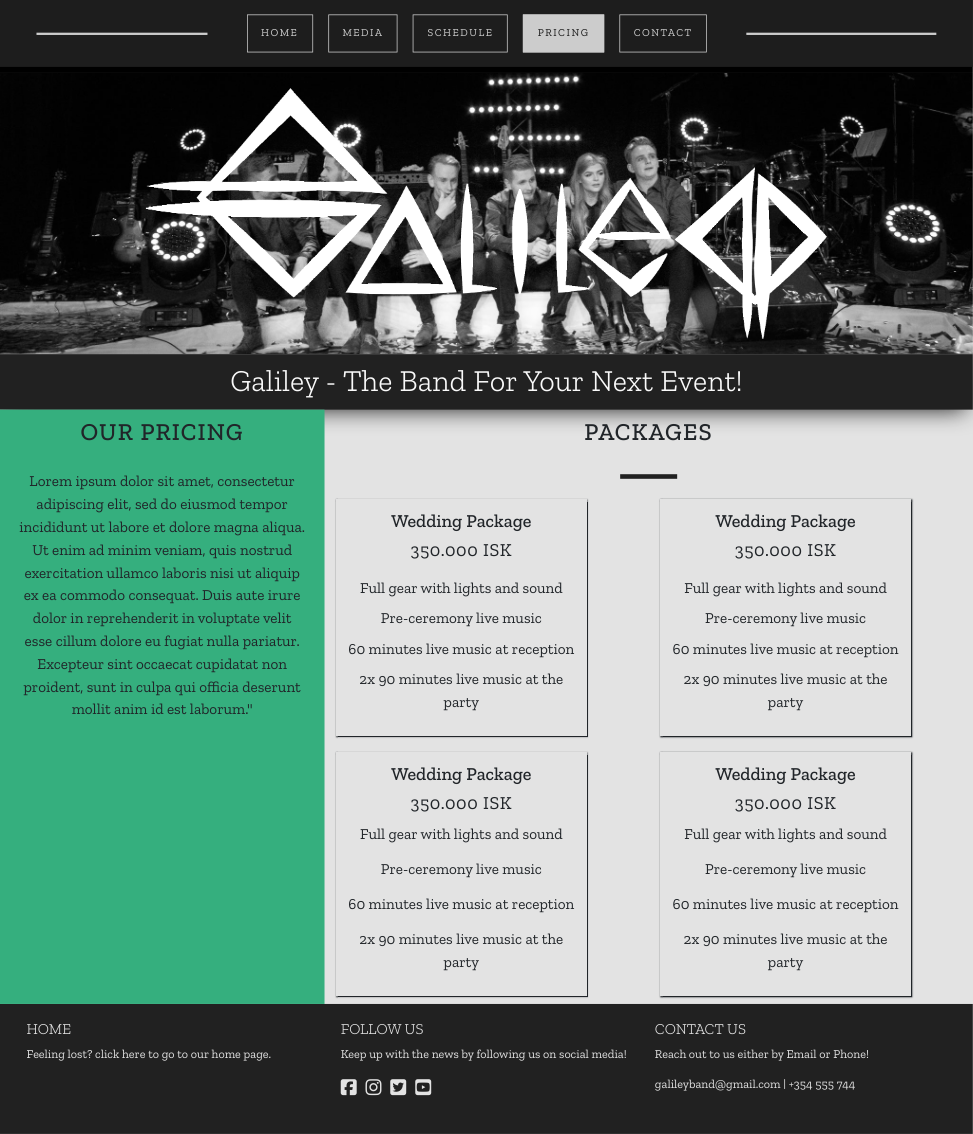
Repository: HeimirDavid/Galiley-Website
Page: pricing.html
The author's editor kept a record of every edit. The page is drawn from the files as they stood at one moment, then again after the next edit.
The browser window is 1280 px wide. The pictures show the whole page, at 76% of full size.
Some web libraries are served in a nearby version.

Above is the page before.

### pricing.html
<!DOCTYPE html>
<html lang="en">

<head>
    <meta charset="UTF-8">
    <meta name="viewport" content="width=device-width, initial-scale=1.0">
    <meta http-equiv="X-UA-Compatible" content="ie=edge">

    <link rel="stylesheet" href="https://stackpath.bootstrapcdn.com/bootstrap/4.3.1/css/bootstrap.min.css" integrity="sha384-ggOyR0iXCbMQv3Xipma34MD+dH/1fQ784/j6cY/iJTQUOhcWr7x9JvoRxT2MZw1T" crossorigin="anonymous">
    <link rel="stylesheet" href="https://cdnjs.cloudflare.com/ajax/libs/hover.css/2.3.1/css/hover-min.css" type="text/css" />
    <link rel="stylesheet" href="assets/css/style.css" type="text/css" />

    <script src="https://code.jquery.com/jquery-3.3.1.slim.min.js" integrity="sha384-q8i/X+965DzO0rT7abK41JStQIAqVgRVzpbzo5smXKp4YfRvH+8abtTE1Pi6jizo" crossorigin="anonymous"></script>
    <script src="https://cdnjs.cloudflare.com/ajax/libs/popper.js/1.14.7/umd/popper.min.js" integrity="sha384-UO2eT0CpHqdSJQ6hJty5KVphtPhzWj9WO1clHTMGa3JDZwrnQq4sF86dIHNDz0W1" crossorigin="anonymous"></script>
    <script src="https://stackpath.bootstrapcdn.com/bootstrap/4.3.1/js/bootstrap.min.js" integrity="sha384-JjSmVgyd0p3pXB1rRibZUAYoIIy6OrQ6VrjIEaFf/nJGzIxFDsf4x0xIM+B07jRM" crossorigin="anonymous"></script>
    <script src="https://kit.fontawesome.com/2ea8c5e5d2.js" crossorigin="anonymous"></script>

    <title>Galiley</title>
</head>

<body>
    <header>
        <!------ Header Navigation Menu, Mainly written with bootstrap  ------>
        <div class="row no-gutters">
            <div class="col black-container">
                <nav class="navbar fixed-top navbar-expand-md navbar-dark bg-dark" id="navbar-black-color"> <!-- Navbar position with help of this  -->
                    <a class="navbar-brand" href="index.html">Galiley - Home</a>                            <!-- tutorial: https://www.youtube.com/watch?v=NzjU1GmKosQ&t=90s  -->
                    <button class="navbar-toggler" type="button" data-toggle="collapse" data-target="#navbarSupportedContent" aria-controls="navbarSupportedContent" aria-expanded="false" aria-label="Toggle navigation">
                    <span class="navbar-toggler-icon"></span></button>
                    <div class="collapse navbar-collapse" id="navbarSupportedContent">
                        <ul class="navbar-nav m-auto">
                            <li class="nav-item menuitem">
                                <a class="nav-link" href="index.html"><span>Home</span></a>
                            </li>
                            <li class="nav-item menuitem">
                                <a class="nav-link" href="media.html"><span>Media</span></a>
                            </li>
                            <li class="nav-item menuitem">
                                <a class="nav-link" href="schedule.html"><span>Schedule</span></a>
                            </li>
                            <li class="nav-item menuitem active-item">
                                <a class="nav-link" href="pricing.html"><span>Pricing</span></a>
                            </li>
                            <li class="nav-item menuitem">
                                <a class="nav-link" href="contact.html"><span>Contact</span></a>
                            </li>
                        </ul>
                    </div>
                </nav>
            </div>
        </div>

        <!------ Header Logo Image ------>
        <div class="logo-container">
            <div class="row no-gutters">
                <div class="col header-background-img">
                    <a href="#">
                    <img class="logo-white" src="assets/images/galiley_vit.png">
                </a>
                </div>
            </div>
        </div>

        <!------ Header Text  ------>
        <div class="row no-gutters">
            <div class="col h1-heading">
                <h1>Galiley - The Band For Your Next Event!</h1>
            </div>
        </div>
    </header>

    <section class="container-fluid">
        <div class="row no-gutters">
            <div class="col-md-4">
                <div class="col-12 green-color text-center pricing-col">
                    <h2 class="header-h2 uppercase">Our Pricing</h2>
                    <p class="p-text">Lorem ipsum dolor sit amet, consectetur adipiscing elit, sed do eiusmod tempor incididunt
                    ut labore et dolore magna aliqua. Ut enim ad minim veniam, quis nostrud exercitation ullamco
                    laboris nisi ut aliquip ex ea commodo consequat. Duis aute irure dolor in reprehenderit in
                    voluptate velit esse cillum dolore eu fugiat nulla pariatur. Excepteur sint occaecat cupidatat
                    non proident, sunt in culpa qui officia deserunt mollit anim id est laborum."</p>
                </div>
            </div>
            <div class="col-md-8">
                <div class="row">
                    <div class="col text-center">
                        <h2 class="header-h2 uppercase">Packages</h2>
                        <hr class="block-devider">
                    </div>
                </div>
                <div class="row">
                    <div class="col-10 offset-1 offset-sm-0 col-sm-4 col-md-6">
                        <div class="col-10 text-center p-text package-cards">
                            <h4 class="header-h4">Wedding Package</h4>
                            <h5 class="header-h5">350.000 ISK</h5>
                            <ul>
                                <li>Full gear with lights and sound</li>
                                <li>Pre-ceremony live music</li>
                                <li>60 minutes live music at reception</li>
                                <li>2x 90 minutes live music at the party</li>
                            </ul>
                        </div>
                    </div>
                    <div class="col-10 offset-1 offset-sm-0 col-sm-4 col-md-6">
                        <div class="col-10 text-center p-text package-cards">
                            <h4 class="header-h4">Wedding Package</h4>
                            <h5 class="header-h5">350.000 ISK</h5>
                            <ul>
                                <li>Full gear with lights and sound</li>
                                <li>Pre-ceremony live music</li>
                                <li>60 minutes live music at reception</li>
                                <li>2x 90 minutes live music at the party</li>
                            </ul>
                        </div>
                    </div>
                    <div class="col-10 offset-1 offset-sm-0 col-sm-4 col-md-6">
                        <div class="col-10 text-center p-text package-cards">
                            <h4 class="header-h4">Wedding Package</h4>
                            <h5 class="header-h5">350.000 ISK</h5>
                            <p>Full gear with lights and sound</p>
                            <p>Pre-ceremony live music</p>
                            <p>60 minutes live music at reception</p>
                            <p>2x 90 minutes live music at the party</p>
                        </div>
                    </div>
                    <div class="col-10 offset-1 offset-sm-0 col-sm-4 col-md-6">
                        <div class="col-10 text-center p-text package-cards">
                            <h4 class="header-h4">Wedding Package</h4>
                            <h5 class="header-h5">350.000 ISK</h5>
                            <p>Full gear with lights and sound</p>
                            <p>Pre-ceremony live music</p>
                            <p>60 minutes live music at reception</p>
                            <p>2x 90 minutes live music at the party</p>
                        </div>
                    </div>
                </div>
            </div>
        </div>
    </section>

    <footer>        <!------ Footer section, Mainly structured and written with the help from CI tutorials from the Resume-Project.
                             Since i liked the design and strucure and felt that it fits well within this project. ------>
        <div class="container-fluid">
            <div class="row" id="footer-details">
                <div class="col-sm-4">
                    <h5 class="uppercase footer-heading">
                        <a href="index.html" class="footer-links">Home</a>
                    </h5>
                    <p class="inline-block">Feeling lost? click here to go to our home page.</p>
                </div>

                <div class="col-sm-4">
                    <h5 class="uppercase footer-heading">Follow Us</h5>
                    <p class="inline-block">Keep up with the news by following us on social media!</p>
                    <ul class="list-inline social-media-links">
                        <li class="list-inline-item">
                            <a class="footer-links" target="_blank" href="https://www.facebook.com/GalileyBand/">
                                <i class="fab fa-facebook-square"></i>
                                <span class="sr-only">Facebook</span>
                            </a>
                        </li>
                        <li class="list-inline-item">
                            <a class="footer-links" target="_blank" href="#">
                                <i class="fab fa-instagram"></i>
                                <span class="sr-only">Instagram</span>
                            </a>
                        </li>
                        <li class="list-inline-item">
                            <a class="footer-links" target="_blank" href="#">
                                <i class="fab fa-twitter-square"></i>
                                <span class="sr-only">Twitter</span>
                            </a>
                        </li>
                        <li class="list-inline-item">
                            <a class="footer-links" target="_blank" href="#">
                                <i class="fab fa-youtube-square"></i>
                                <span class="sr-only">Youtube</span>
                            </a>
                        </li>
                    </ul>
                </div>

                <div class="col-sm-4">
                    <h5 class="uppercase footer-heading">Contact Us</h5>
                    <p class="inline-block">Reach out to us either by Email or Phone!</p>
                    <p>galileyband@gmail.com | +354 555 744</p>
                </div>
            </div>
        </div>
    </footer>
</body>

</html>

### assets/css/style.css
@import url('https://fonts.googleapis.com/css?family=Zilla+Slab:300,400,500,600,700&display=swap');

html {
    scroll-behavior: smooth;
}

body {
    font-family: 'Zilla Slab', serif;
    background-color: #e3e3e3;
    overflow-x: hidden;
}

/*--------------------------------- Colour */

.green-color {
    background-color: #35af7e;
}

.wine-red-color {
    color: #b11226;
}

.grey-color {
    background-color: #c5c5c5;
}

.grey-blue {
    background-color: #76809a;
}
/*------------------------------- Special padding/margins/text */

h1, h2, h3, h4, h5 {
    margin: 0;
}

.uppercase {
    text-transform: uppercase;
}

.inline-block {
    display: inline-block;
}

.block-devider {
    width: 75px;
    height: 5px;
    background-color: #212121;
}

.block-devider-white {
    width: 75px;
    height: 5px;
    background-color: #e3e3e3;
}

.text-center {
    text-align: center;
}

.item-center {
    item-align: center;
}

.gotop-col {
    padding: 20px;
}

.gotopbtn {
    text-align: center;
    text-decoration: none;
    color: #212121;
    font-size: 1.5em;
    margin: 20px 20px;
    transition: ease-in-out 0.3s;
    -moz-transition: ease-in-out 0.3s;
    -webkit-transition: ease-in-out 0.3s;
    -o-transition: ease-in-out 0.3s;
}

.gotopbtn:hover {
    color: #a5a5a5;
    text-decoration: none;
}

.container-fluid {
    padding: 0;
}

.row {
    margin-right: 0;
    margin-left: 0;
}

/*--------------------------------- Headings text styles */

.header-h2 {
    font-weight: 500;
    padding: 10px 10px 20px 10px;
    letter-spacing: 1.5px;
}

.header-h3

.header-h4 {
    font-weight: 400;
    letter-spacing: 0.8px;
    font-size: 28px;
    padding: 10px;
}

.header-h5 {
    font-weight: 400;
    font-size: 24px;
    letter-spacing: 0.8px;
    padding: 10px;
}

/*--------------------------------- Navbar/Menu */

.navbar {
    opacity: 0.9;
    text-align: center;
    padding-bottom: 1.2em;
}

.menuitem {
    height: 50px;
    text-align: center;
    padding-left: 10px;
    padding-right: 10px;
    margin: 0px 10px 0px 10px;
    border: 1px solid #e3e3e3;
    transition: ease-in-out 0.3s;
    -moz-transition: ease-in-out 0.3s;
    -webkit-transition: ease-in-out 0.3s;
    -o-transition: ease-in-out 0.3s;
}

.menuitem a {
    width: 100%;
    text-decoration: none;
    color: #e3e3e3;
}

.menuitem a i {
    padding-top: 22px;
    display: block;
    color: #e3e3e3;
    font-size: 26px;
}

.menuitem span {
    display: block;
    width: 100%;
    padding-top: 5px;
    text-align: center;
    text-transform: uppercase;
    font-size: 14px;
    font-weight: 400;
    letter-spacing: 2px;
    transition: ease-in-out 0.3s;
    -moz-transition: ease-in-out 0.3s;
    -webkit-transition: ease-in-out 0.3s;
    -o-transition: ease-in-out 0.3s;
    color: #e3e3e3;

}

.menuitem:hover {
    background-color: #e3e3e3;
}

.menuitem:hover.menuitem span {
    color: #212121;
}

.navbar::before,     /* Before and After used from inspiration of this tutorial: https://www.youtube.com/watch?v=zGiirUiWslI   */
.navbar::after {
    content: "";
    margin-left: 2em;
    margin-right: 2em;
    width: 18%;
    height: 0.2em;
    background-color: #e3e3e3;
}

.navbar-nav .active-item span {
    color: #212121;
}

.navbar-nav .active-item {
    background-color: #e3e3e3;
}

.navbar::after {
    width: 20%;
}

.fixed-top {
    padding-top: 1.2em;
}

.navbar-brand {
    display: none;
}

#navbar-black-color {
    background-color: #212121!important;
}




/*--------------------------------- Header */

.black-container {
    position: relative;
    top: 0;
    left: 0;
    width: 100%;
    height:6em;
    background-color: #000;
}

.h1-heading {
    color: #fafafa;
    padding: 10px 0px 15px 0px;
    text-align: center;
    background-color: #212121;
    box-shadow: 0px 10px 30px -10px #212121;
}

.h1-heading h1 {
    font-weight: 300;
}

.header-background-img {
    display: block;
    background-image: url("../images/galiley_diddi.jpg");
    padding: 20px;
    background-size: cover;
}

/*
.logo-container {
    margin-top: 7%;
}
*/

.logo-white {
    opacity: 1.9;
    display: block;
    margin-left: auto;
    margin-right: auto;
    width: 70%;
}

/*--------------------------------- Footer */

footer {
    background-color: #212121;
    color: #e3e3e3;
    min-height: 100px;
    margin: 0;
}

.footer-heading {
    font-weight: 300;
    text-decoration: none;
    margin-bottom: 10px;
}

.footer-heading a {
    transition: ease-in-out 0.3s;
    -moz-transition: ease-in-out 0.3s;
    -webkit-transition: ease-in-out 0.3s;
    -o-transition: ease-in-out 0.3s;
}

.footer-heading a:hover {
    color: #a5a5a5;
    text-decoration: none;
}

.footer-links {
    color: #e3e3e3;
}

.social-media-links {
    padding-bottom: 10px;
}

.social-media-links li a i {
    font-size: x-large;
    padding: 10px 0px;
    line-height: 10px;
    transition: ease-in-out 0.3s;
    -moz-transition: ease-in-out 0.3s;
    -webkit-transition: ease-in-out 0.3s;
    -o-transition: ease-in-out 0.3s;
}

.social-media-links li a i:hover {
    color: #35af7e;
}

#footer-details {
    padding: 20px;
}

/*--------------------------------- About - Section / What we offer - Section */

.about-offer-row {
    padding: 20px 0px;
}

.p-text {
    font-size: 20px;
    padding: 10px 10px 20px 10px;
}

.about-row {
    padding: 60px 10px 20px 10px;
}

.offer-card {
    background-color: #212121;
    color: #e3e3e3;
    padding: 20px;
    margin-bottom: 45px;
    box-shadow: 3px 3px 15px 0px #000;
    opacity: 0.9;
}

/*--------------------------------- Reviews - section */

.review-header {
    background-color: #212121;
    color: #fafafa;
    padding: 10px 0px 15px 0px;
    text-align: center;
    box-shadow: 0px 1px 10px 1px #212121;
}

.review-header h2 {
    font-weight: 300;
}

.review-cards {
    background-color: #212121;
    color: #e3e3e3;
    opacity: 0.9;
    max-width: 250px;
    padding: 20px;
    margin: 30px;
    margin-right: auto;
    margin-left: auto;
    text-align: center;
    border-radius: 10px;
    box-shadow: 5px 5px 15px 0px #212121;
}

.cards-header {
    font-weight: 300;
    letter-spacing: 0.8px;
    margin-bottom: 15px;
}

.review-p {
    font-size: 18px;
    font-weight: 200;
    letter-spacing: 0.8px;
}

/*--------------------------------- Setlist Section / Video Section */

.spotify-header-row {
    background-color: #35af7e;
}

.media-header {
    padding: 20px;
    font-weight: 300;
    font-size: 38px;
}

.spotify-row {
    margin-bottom: 40px;
}

.setlist-header-col {
    color: #000;
    padding: 30px;
}

.media-h4 {
    font-weight: 300;
    font-size: 30px;
    padding: 10px;
}

.media-p {
    font-size: 22px;
    font-weight: 300;
}

.spotify-col {
    color: #e3e3e3;
    background-color: rgba(0, 0, 0, 0.5);
    margin: auto;
    margin-top: 20px;
    padding: 20px 10px 0px 10px;
    max-width: 300px;
    border-radius: 12px;
    border-radius: 10px;
    box-shadow: 5px 5px 15px 0px #212121;
}

.spotify-col::before {
    content: "";
    top: 0;
    left: 0;
    background-color: #212121;
    height: 100px;
    width: 1em;
}

.spotify-player {
    opacity: .96;
}

.video-header-col {
    background-color: #212121;
    color: #e3e3e3;
    padding: 20px 0px;
    box-shadow: 0px 10px 30px -10px #212121;
}

.youtube-col {
    padding: 10px;
}

.youtube-container {  /*   Code copied to make youtube player responsive. Source: https://avexdesigns.com/responsive-youtube-embed/    */
position: relative;
padding-bottom: 56.25%;
padding-top: 30px; height: 0; overflow: hidden;
}

.youtube-container iframe,
.youtube-container object,
.youtube-container embed {
position: absolute;
top: 0;
left: 0;
width: 100%;
height: 100%;
}

/*--------------------------------- Pricing */

.pricing-col {
    height: 100%;
}

.package-cards {
    box-shadow: 1px 1px 2px 1px;
    padding: 15px;
    margin-top: 10px;
    margin-bottom: 10px;
}

.package-cards ul {
    list-style: none;
    padding:0;
}

.package-cards ul li {
        margin: 10px 0px;
}
/*--------------------------------- Media Queries */

@media (max-width: 767px) {
    .navbar::before,
    .navbar::after {
        display: none;
    }

    .navbar-brand {
        display: block;
    }

    .fixed-top {
        padding: 1em;
    }

    .reviews-container {
        background-color: #e3e3e3;
    }

    .reviews-container {
        background: #e3e3e3;
    }
}

@media (min-width: 767px) {

    /* Images use and fixed image website layout inspiried by this tutorial: https://www.youtube.com/watch?v=PWoOpJtkyjI */
    #about-image { /* Image from unsplash taken by Luca Baggio */
        background-image: url("../images/about-background.jpg");
        background-attachment: fixed;
        background-size: cover;
        height: 120vh;
        width: 100%;
    }

    #spotify-background-img {
        background-image: url("../images/spotify-background-img.jpg");
        background-attachment: fixed;
        background-size: cover;
        height: 120vh;
        width: 100%;
    }

    #offer-image {
        background-image: url("../images/galiley-offer.jpg");
        background-attachment: scroll;
        background-size: cover;
        height: 100%;
        width: 100%;
        box-shadow: 0px -3px 7px 0px;
    }

    .green-black-img {
        background-image: url("../images/setlist-background.png");
        background-attachment: fixed;
        background-size: cover;
        box-shadow: 0px -3px 7px 0px;
    }

    .about-offer-row {
    padding: 60px 10px 20px 10px;
    }

    .youtube-row {
        padding-top: 50px;
    }

    .youtube-col {
        padding: 10px 100px;
    }
}

@media (min-width: 767px) and (max-width: 1000px) {
    #about-image {
        background-image: url("../images/about-background.jpg");
        background-attachment: fixed;
        background-size: cover;
        height: 200vh;
        width: 100%;
    }

        #spotify-background-img {
        background-image: url("../images/spotify-background-img.jpg");
        background-attachment: fixed;
        background-size: cover;
        height: 250vh;
        width: 100%;
    }
}

@media (max-width: 576px) {
    /* To get rid of padding and margin to link up "Offer section" and "reviews section" in mobile view */
    .about-offer-row {
    padding-top: 20px;
    }

    .offer-card {
        margin: 0;
    }
}

After the next edit:
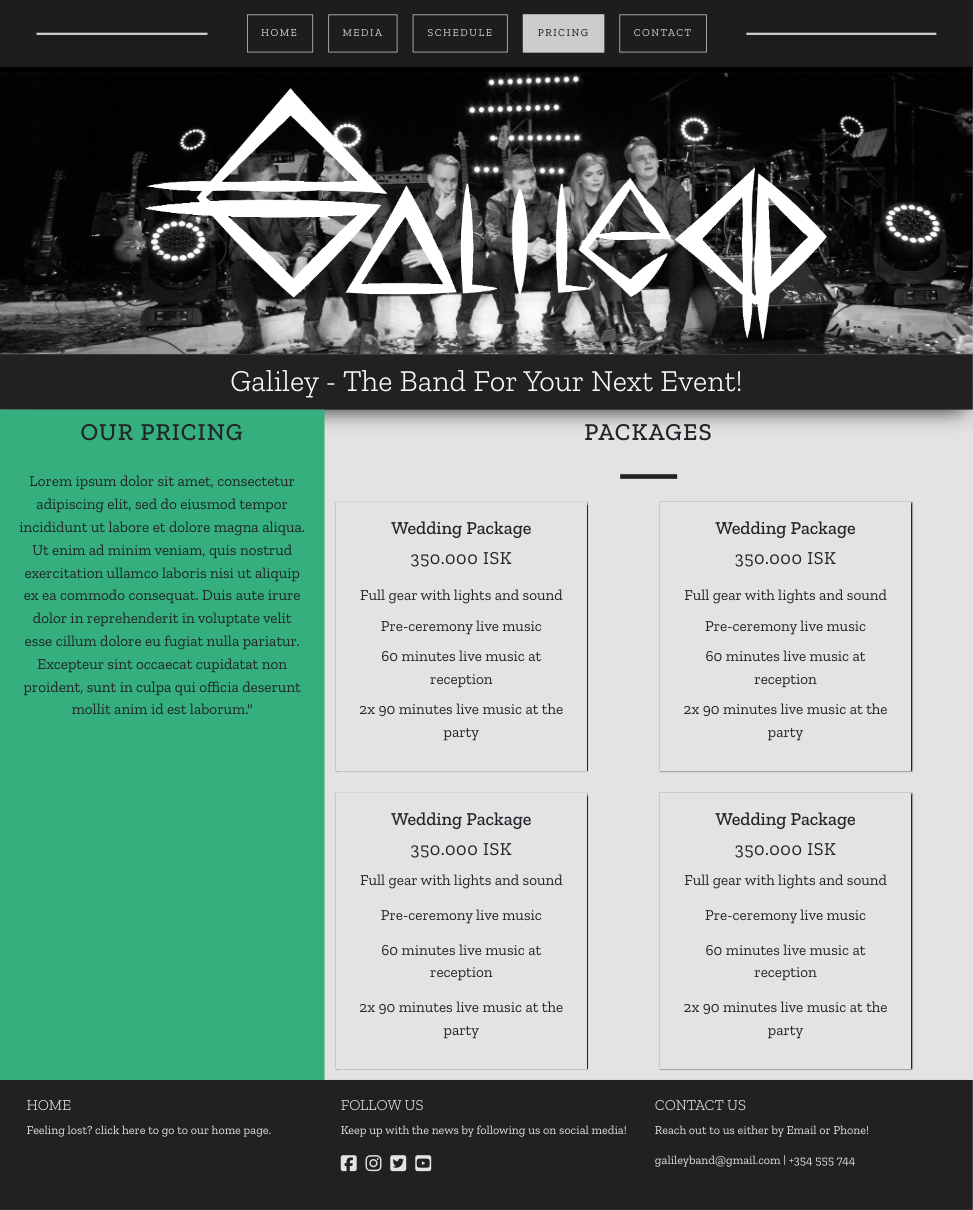
The edit:
--- a/assets/css/style.css
+++ b/assets/css/style.css
@@ -464,9 +464,9 @@
 
 .package-cards {
     box-shadow: 1px 1px 2px 1px;
-    padding: 15px;
-    margin-top: 10px;
-    margin-bottom: 10px;
+    padding: 20px;
+    margin-top: 15px;
+    margin-bottom: 15px;
 }
 
 .package-cards ul {
